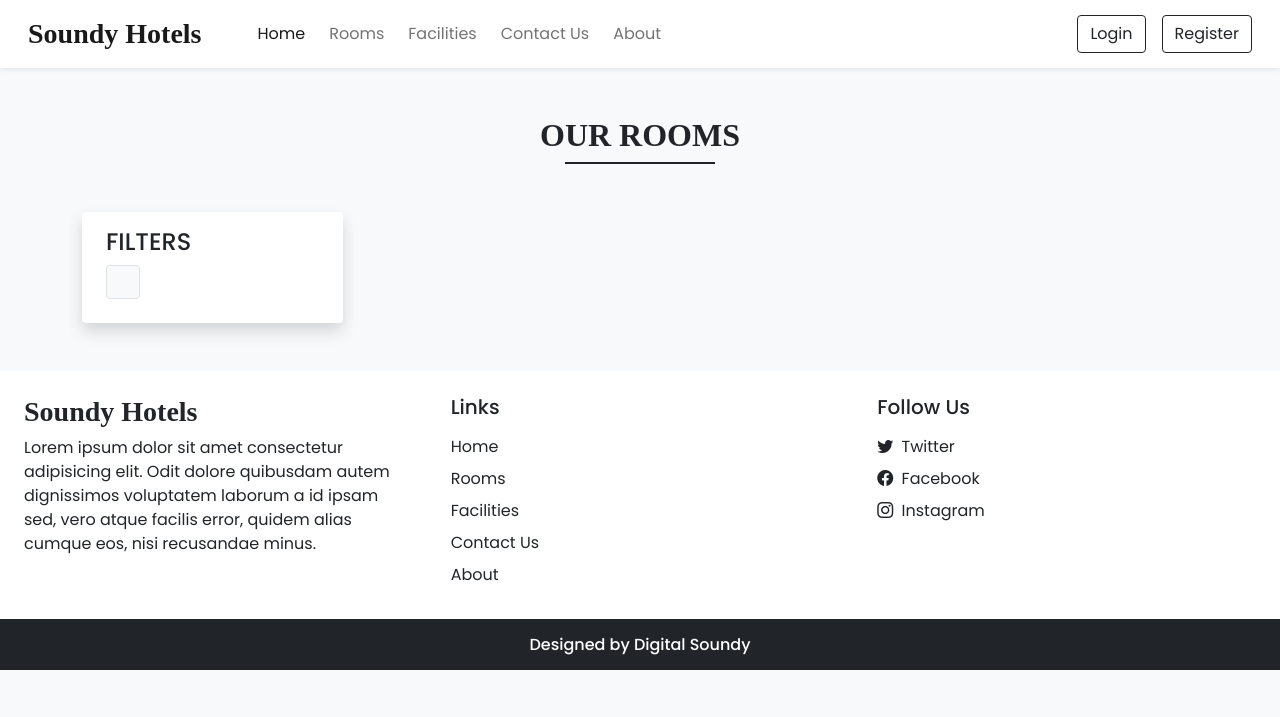
Repository: spencersoundy/Hotel-Booking-App
Page: http://localhost/rooms.php
An editor plug-in stored every save of this project. The page is shown before and after the next save, followed by the edit.
The browser window is 1280 px wide. The pictures show the whole page.
Some web fonts or font styles are not loaded; a fallback is used. The page is run by PHP 8.4 with error messages shown; the project is at /var/www/html/.

Above is the page before, as saved 2023-08-05 00:34:41.

### rooms.php
<!DOCTYPE html>
<html lang="en">
<head>
    <meta charset="UTF-8">
    <meta http-equiv="X-UA-Compatible" content="IE=edge">
    <meta name="viewport" content="width=device-width, initial-scale=1.0">
    <title>Soundy Hotels - CONTACT</title>
    <?php require('inc/links.php') ?>
</head>
<body class="bg-light">

<?php require('inc/header.php') ?>

<div class="my-5 px-4">
    <h2 class="fw-bold h-font text-center">OUR ROOMS</h2>
    <div class="h-line bg-dark"></div>
</div>

<div class="container">
    <div class="row">

       <div class="col-lg-3">
        <nav class="navbar navbar-expand-lg navbar-light bg-white rounded shadow">
            <div class="container-fluid flex-lg-column align-items-stretch">
                <h4 class="mt-2">FILTERS</h4>
                <button class="navbar-toggler" type="button" data-bs-toggle="collapse" data-bs-target="#filterDropdown" aria-controls="navbarNav" aria-expanded="false" aria-label="Toggle navigation">
                <span class="navbar-toggler-icon"></span>
                </button>
                <div class="collapse navbar-collapse" id="filterDropdown">
                    <div class="border bg-light p-3 rounded mb-3">

                    </div>
                </div>
            </div>
        </nav>
       </div>

    </div>
</div>

<?php require('inc/footer.php')?>

</body>
</html>

### inc/links.php
<link href="https://cdn.jsdelivr.net/npm/bootstrap@5.0.2/dist/css/bootstrap.min.css" rel="stylesheet" integrity="sha384-EVSTQN3/azprG1Anm3QDgpJLIm9Nao0Yz1ztcQTwFspd3yD65VohhpuuCOmLASjC" crossorigin="anonymous">
<link href="https://fonts.googleapis.com/css2?family=Merienda:wght@400;700&family=Poppins:wght@400;500;600&display=swap" rel="stylesheet">
<link rel="stylesheet" href="https://cdn.jsdelivr.net/npm/bootstrap-icons@1.10.5/font/bootstrap-icons.css">
<link rel="stylesheet" href="css/common.css"/>

### inc/header.php
<nav class="navbar navbar-expand-lg navbar-light bg-white px-lg-3 py-lg-2 shadow-sm sticky-top">
    <div class="container-fluid">
        <a class="navbar-brand me-5 fw-bold fs-3 h-font" href="index.php">Soundy Hotels</a>
        <button class="navbar-toggler shadow-none" type="button" data-bs-toggle="collapse" data-bs-target="#navbarSupportedContent" aria-controls="navbarSupportedContent" aria-expanded="false" aria-label="Toggle navigation">
        <span class="navbar-toggler-icon"></span>
        </button>
        <div class="collapse navbar-collapse" id="navbarSupportedContent">
        <ul class="navbar-nav me-auto mb-2 mb-lg-0">
            <li class="nav-item">
            <a class="nav-link active me-2" aria-current="page" href="index.php">Home</a>
            </li>
            <li class="nav-item">
            <a class="nav-link me-2" href="rooms.php">Rooms</a>
            </li>
            <li class="nav-item">
            <a class="nav-link me-2" href="facilities.php">Facilities</a>
            </li><li class="nav-item">
            <a class="nav-link me-2" href="contact.php">Contact Us</a>
            </li><li class="nav-item">
            <a class="nav-link" href="about.php">About</a>
            </li>
        </ul>
        <div class="d-flex">
            <button type="button" class="btn btn-outline-dark shadow-none me-lg-3 me-2" data-bs-toggle="modal" data-bs-target="#loginModal">
                Login
            </button>
            <button type="button" class="btn btn-outline-dark shadow-none" data-bs-toggle="modal" data-bs-target="#registerModal">
                Register
            </button>
        </div>
        </div>
    </div>
    </nav>

    <div class="modal fade" id="loginModal" data-bs-backdrop="static" data-bs-keyboard="false" tabindex="-1" aria-labelledby="staticBackdropLabel" aria-hidden="true">
        <div class="modal-dialog">
            <div class="modal-content">
                <form>
                    <div class="modal-header">
                        <h5 class="modal-title d-flex align-items-center">
                            <i class="bi bi-person-circle fs-3 me-2"></i> User Login
                        </h5>
                        <button type="reset" class="btn-close shadow-none" data-bs-dismiss="modal" aria-label="Close"></button>
                    </div>
                    <div class="modal-body">
                    <div class="mb-3">
                        <label class="form-label">Email address</label>
                        <input type="email" class="form-control shadow-none">
                    </div>
                    <div class="mb-4">
                        <label class="form-label">Password</label>
                        <input type="password" class="form-control shadow-none">
                    </div>
                        <div class="d-flex align-items-center justify-content-between mb-2">
                            <button type="submit" class="btn btn-dark shadow-none">LOGIN</button>
                            <a href="javascript: void(0)" class="text-secondary text-decoration-none">Forgot Password?</a>
                        </div>
                    </div>
                </form>
            </div>
        </div>
    </div>

    <div class="modal fade" id="registerModal" data-bs-backdrop="static" data-bs-keyboard="false" tabindex="-1" aria-labelledby="staticBackdropLabel" aria-hidden="true">
        <div class="modal-dialog modal-lg">
            <div class="modal-content">
                <form>
            <div class="modal-header">
                <h5 class="modal-title d-fle align-items-center">
                    <i class="bi bi-person-lines-fill fs-3 me-2"></i> User Registration
                </h5>
                <button type="reset" class="btn-close shadow-none" data-bs-dismiss="modal" aria-label="Close"></button>
            </div>
            <div class="modal-body">
                <span class="badge rounded-pill bg-light text-dark mb-3 text-wrap lh-base">
                    Note: Your details must match with your ID (ID book/card, passport, drivers license, etc.)
                    that will be required during check-in.
                </span>
                <div class="container-fluid">
                    <div class="row">
                        <div class="col-md-6 ps-0 mb-3">
                            <label class="form-label">Name</label>
                            <input type="text" class="form-control shadow-none">
                        </div>
                        <div class="col-md-6 p-0 mb-3">
                            <label class="form-label">Email</label>
                            <input type="email" class="form-control shadow-none">
                        </div>
                        <div class="col-md-6 ps-0 mb-3">
                            <label class="form-label">Phone Number</label>
                            <input type="number" class="form-control shadow-none">
                        </div>
                        <div class="col-md-6 p-0 mb-3">
                            <label class="form-label">Picture</label>
                            <input type="file" class="form-control shadow-none">
                        </div>
                        <div class="col-md-12 p-0 mb-3">
                            <label class="form-label">Address</label>
                            <textarea class="form-control shadow-none" rows="1"></textarea>
                        </div>
                        <div class="col-md-6 ps-0 mb-3">
                            <label class="form-label">Pincode</label>
                            <input type="number" class="form-control shadow-none">
                        </div>
                        <div class="col-md-6 p-0 mb-3">
                            <label class="form-label">Date of birth</label>
                            <input type="date" class="form-control shadow-none">
                        </div>
                        <div class="col-md-6 ps-0 mb-3">
                            <label class="form-label">Password</label>
                            <input type="password" class="form-control shadow-none">
                        </div>
                        <div class="col-md-6 p-0 mb-3">
                            <label class="form-label">Confirm Password</label>
                            <input type="password" class="form-control shadow-none">
                        </div>
                    </div>
                </div>
                <div class="text-center my-1">
                    <button type="submit" class="btn btn-dark shadow-none">REGISTER</button>
                </div>
            </div>
            </form>
            </div>
  </div>
</div>

### inc/footer.php
<div class="container-fluid bg-white mt-5">

        <div class="row">
            <div class="col-lg-4 p-4">
                <h3 class="h-font fw-bold fs-3 mb-2">Soundy Hotels</h3>
                <p>
                    Lorem ipsum dolor sit amet consectetur adipisicing elit.
                    Odit dolore quibusdam autem dignissimos voluptatem laborum a id ipsam sed,
                    vero atque facilis error, quidem alias cumque eos, nisi recusandae minus.
                </p>
            </div>
            <div class="col-lg-4 p-4">
                <h5 class="mb-3">Links</h5>
                <a href="#" class="d-inline-block mb-2 text-dark text-decoration-none">Home</a><br>
                <a href="#" class="d-inline-block mb-2 text-dark text-decoration-none">Rooms</a><br>
                <a href="#" class="d-inline-block mb-2 text-dark text-decoration-none">Facilities</a><br>
                <a href="#" class="d-inline-block mb-2 text-dark text-decoration-none">Contact Us</a><br>
                <a href="#" class="d-inline-block mb-2 text-dark text-decoration-none">About</a>
            </div>
            <div class="col-lg-4 p-4">
                <h5 class="mb-3">Follow Us</h5>
                <a href="#" class="d-inline-block text-dark text-decoration-none mb-2">
                    <i class="bi bi-twitter me-1"></i> Twitter
                </a><br>
                <a href="#" class="d-inline-block text-dark text-decoration-none mb-2">
                    <i class="bi bi-facebook me-1"></i> Facebook
                </a><br>
                <a href="#" class="d-inline-block text-dark text-decoration-none">
                    <i class="bi bi-instagram me-1"></i> Instagram
                </a><br>
            </div>
        </div>
    </div>
</div>

    <h6 class="text-center bg-dark text-white p-3 m-0">Designed by Digital Soundy</h6>

    <script src="https://cdn.jsdelivr.net/npm/bootstrap@5.0.2/dist/js/bootstrap.bundle.min.js" integrity="sha384-MrcW6ZMFYlzcLA8Nl+NtUVF0sA7MsXsP1UyJoMp4YLEuNSfAP+JcXn/tWtIaxVXM" crossorigin="anonymous"></script>

### css/common.css
:root{
    --teal: #2ec1ac;
    --teal_hover: #279e8c;
}

*{
    font-family: 'Poppins', sans-serif;
}
.h-font{
    font-family: 'Merienda', cursive;
}

input::-webkit-outer-spin-button,
input::-webkit-inner-spin-button {
-webkit-appearance: none;
margin: 0;
}

input[type=number] {
-moz-appearance: textfield;
}

.custom-bg{
    background-color: var(--teal);
    border: 1px solid var(--teal);
}
.custom-bg:hover{
    background-color: var(--teal_hover);
    border-color: var(--teal_hover);
}

.h-line{
    width: 150px;
    margin: 0 auto;
    height: 1.7px;
}

After the next save:
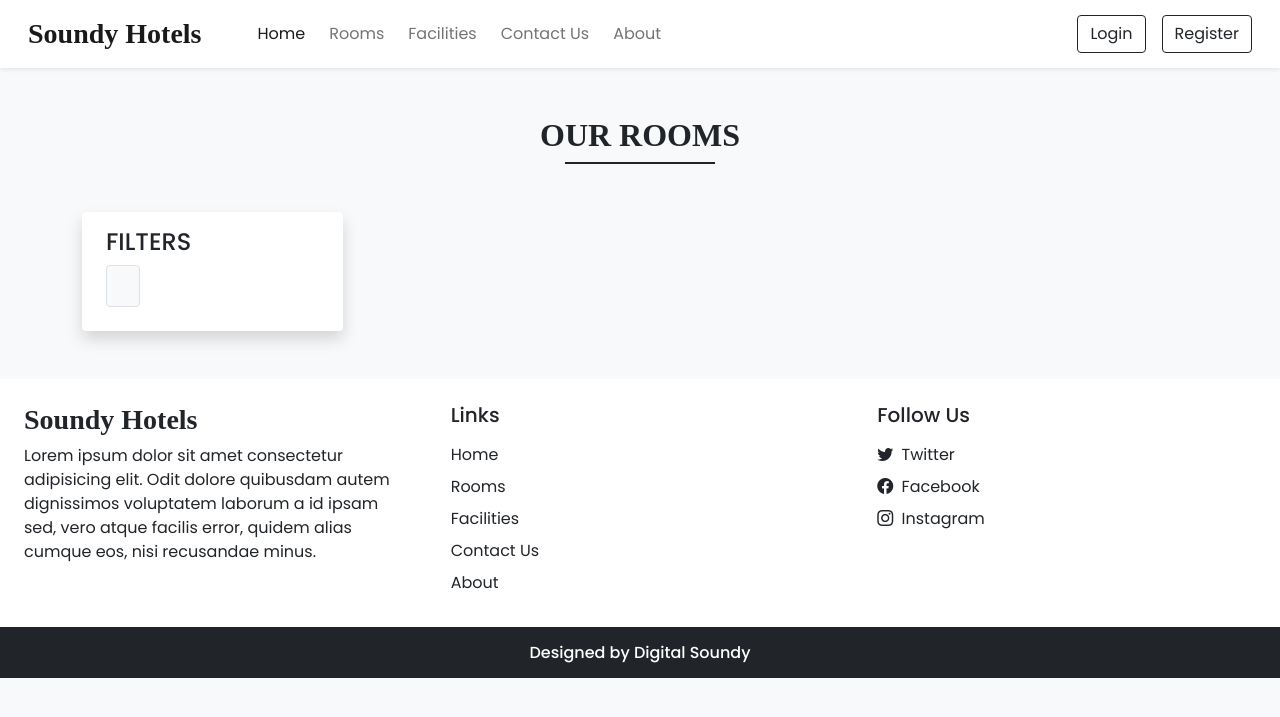
Saved 5 s later.
--- a/rooms.php
+++ b/rooms.php
@@ -28,7 +28,7 @@
                 </button>
                 <div class="collapse navbar-collapse" id="filterDropdown">
                     <div class="border bg-light p-3 rounded mb-3">
-
+                        <h5></h5>
                     </div>
                 </div>
             </div>
